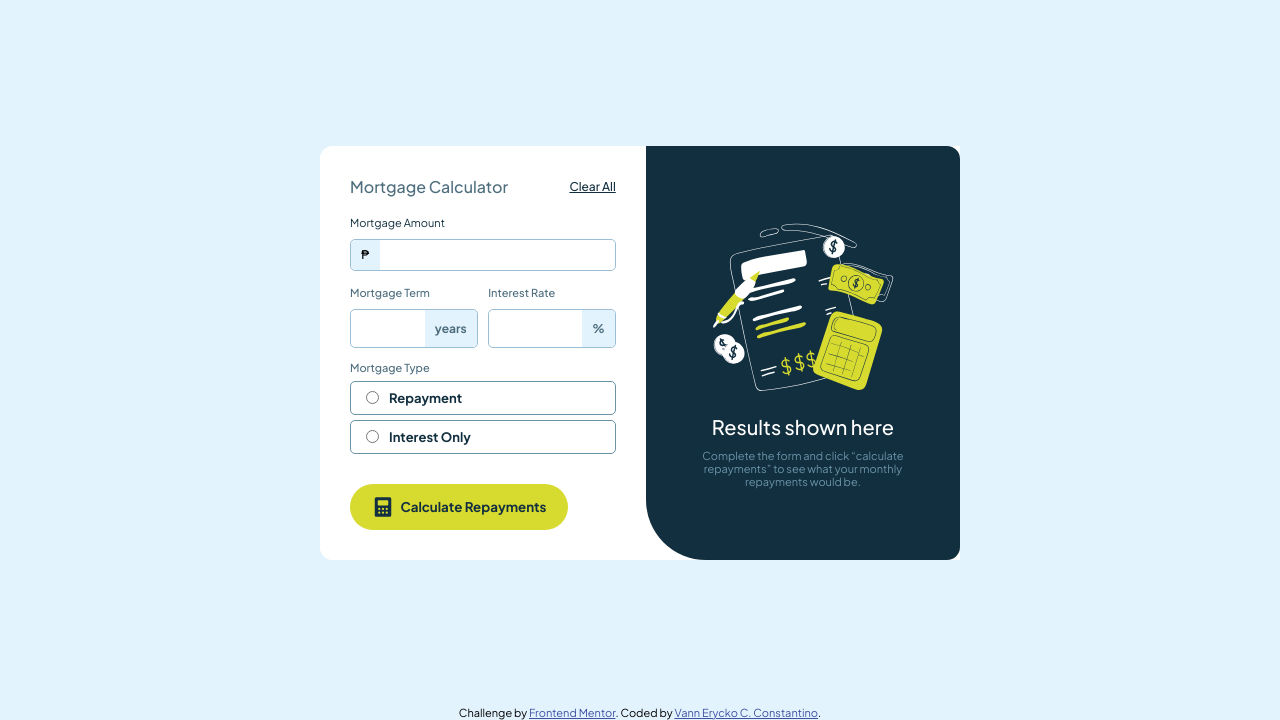
Repository: kocokoy/mortgage-repayment-calculator
Page: index.html
These files come from the project's save history. The page is drawn as it stood at one moment and after the next save; the edit follows.
The browser window is 1280 px wide. The pictures show the whole page.

Above is the page before, as saved 2024-10-29 16:18:31.

After the next save:
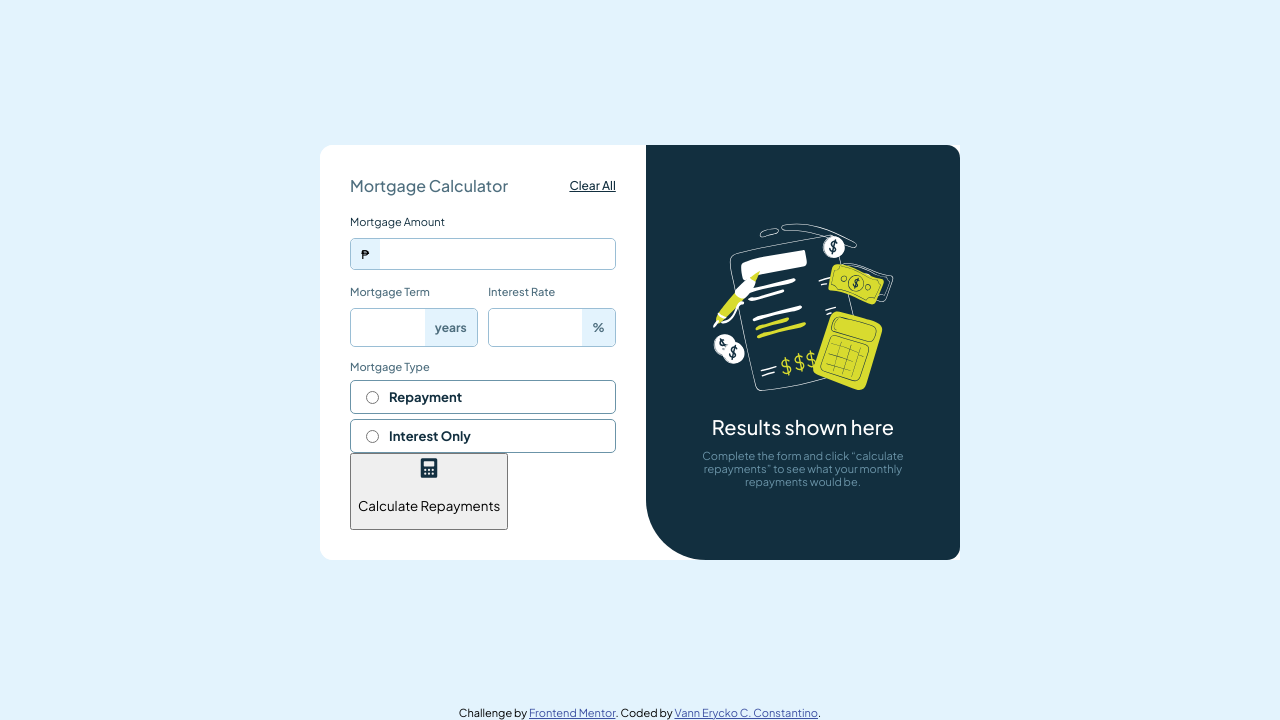
Saved 9 min 32 s later.
--- a/styles/style.css
+++ b/styles/style.css
@@ -267,7 +267,7 @@ body{
 
 /* Mortgage Calculator Type Button */
 
-.mortgage-calculator-type-button{
+.mortgage-calculator-button{
   margin-top: 30px;
   display: flex;
   justify-content: start;
@@ -275,11 +275,11 @@ body{
 
   transition: 0.3s;
 }
-.mortgage-calculator-type-button:hover{
+.mortgage-calculator-button:hover{
   opacity: 80%;
 }
 
-.mortgage-calculator-type-button button{
+.mortgage-calculator-button button{
   display: flex;
   flex-direction: row;
   background-color: var(--lime);
@@ -290,17 +290,17 @@ body{
   cursor: pointer;
 }
 
-.mortgage-calculator-type-button button img{
-  margin: 0;
-  display: flex;
-  justify-content: center;
-}
-
-.mortgage-calculator-type-button button p{
+.mortgage-calculator-button button img{
+  margin: 0;
+  display: flex;
+  justify-content: center;
+}
+
+.mortgage-calculator-button button p{
   font-weight: 700;
   margin-left: 5px;
 }
-.mortgage-calculator-type-button button div{
+.mortgage-calculator-button button div{
   display: flex;
   justify-content: center;
   width: 100%;

After the save that followed:
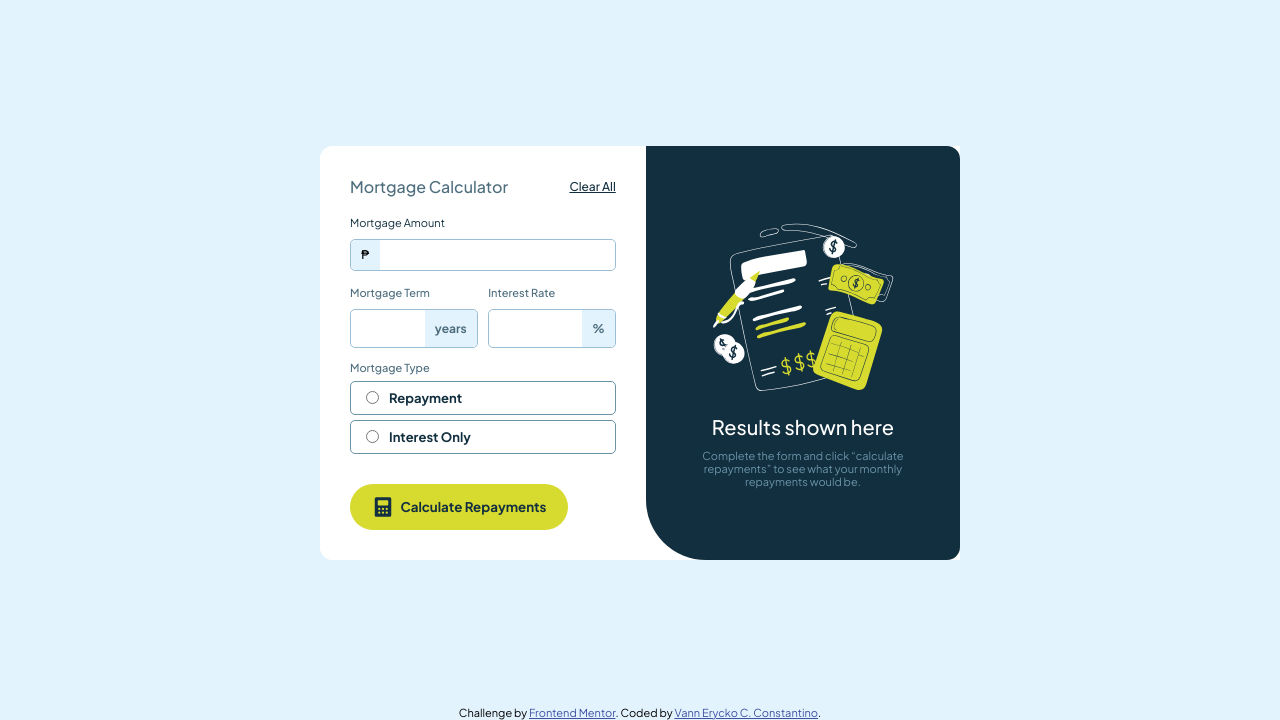
Saved 3 s later.
--- a/index.html
+++ b/index.html
@@ -63,7 +63,7 @@
             <div>Interest Only</div>
           </label>
         </div>
-        <div class="mortgage-calculator-type-button">
+        <div class="mortgage-calculator-button">
           <button class="jsCalculateRepayments">
             <div>
               <img src="/assets/images/icon-calculator.svg" alt="">
